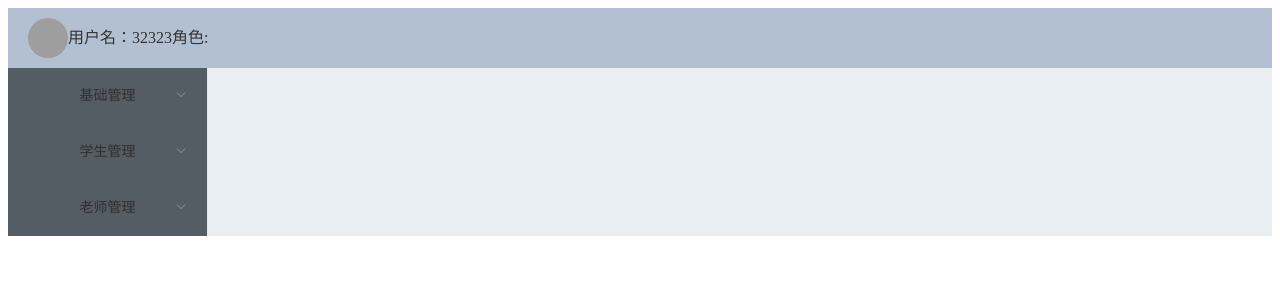
Repository: lwm9704/school-front
Page: /#/home
An editor plug-in stored every save of this project. The page is shown before and after the next save, followed by the edit.
The browser window is 1280 px wide. The pictures show the whole page.
Pictures or frames that could not be fetched are drawn as grey boxes. The project was rebuilt for these pictures with package versions that can differ from the ones it lists, and the page was loaded fresh each time. Also part of the build but not shown: src/view/login.vue.

Above is the page before, as saved 2021-11-15 15:41:55.

After the next save:
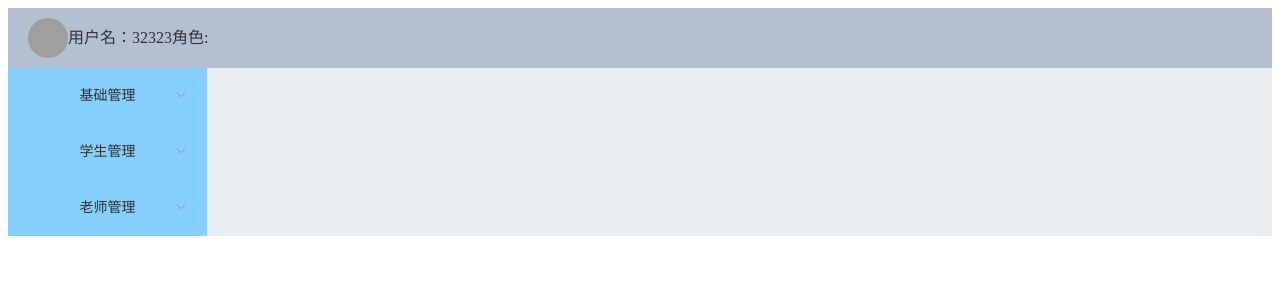
Saved 82 s later.
--- a/src/components/leftMenu.vue
+++ b/src/components/leftMenu.vue
@@ -4,7 +4,7 @@
       class="el-menu-vertical-demo"
       :default-active="this.$router.path"
       router
-      background-color="#545c64"
+      background-color="#87CEFA"
       @open="handleOpen"
       @close="handleClose"
     >
